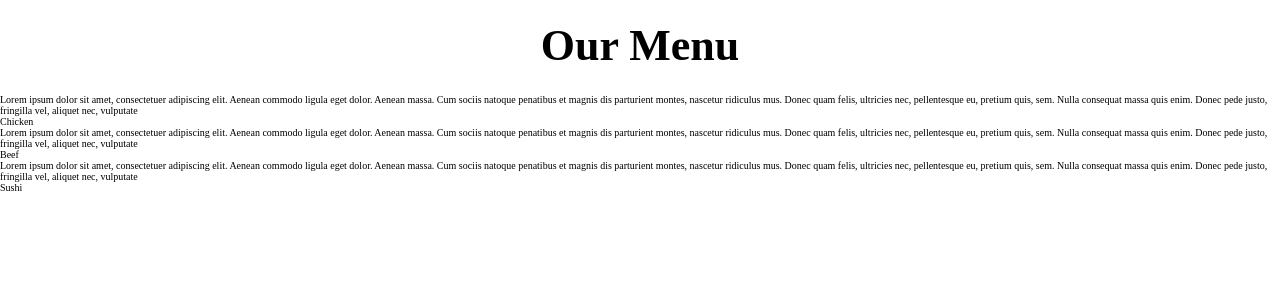
Repository: Normandy72/module2-solution
Page: index.html
The author's editor kept a copy of each file at every save. The page is drawn from the files as they stood at one save, then again after the next save.
The browser window is 1280 px wide. The pictures show the whole page.
Some web fonts or font styles are not loaded; a fallback is used.

Above is the page before, as saved 2022-12-05 14:50:07.

### index.html
<!DOCTYPE html>
<html lang="en">
<head>
    <meta charset="UTF-8">
    <meta http-equiv="X-UA-Compatible" content="IE=edge">
    <meta name="viewport" content="width=device-width, initial-scale=1.0">
    <title>Our menu</title>
    <link href="https://fonts.googleapis.com/css2?family=Comic+Neue:ital,wght@0,300;0,400;0,700;1,300;1,400;1,700&family=Roboto:ital,wght@0,100;0,300;0,400;0,500;0,700;0,900;1,100;1,300;1,400;1,500;1,700;1,900&display=swap" rel="stylesheet">
    <link rel="stylesheet" href="styles/style.css">
</head>
<body>
    <h1>Our Menu</h1>
    <div>
        <p>Lorem ipsum dolor sit amet, consectetuer adipiscing elit. Aenean commodo ligula eget dolor. Aenean massa. Cum sociis natoque penatibus et magnis dis parturient montes, nascetur ridiculus mus. Donec quam felis, ultricies nec, pellentesque eu, pretium quis, sem. Nulla consequat massa quis enim. Donec pede justo, fringilla vel, aliquet nec, vulputate</p>
        <div>Chicken</div>
    </div>
    <div>
        <p>Lorem ipsum dolor sit amet, consectetuer adipiscing elit. Aenean commodo ligula eget dolor. Aenean massa. Cum sociis natoque penatibus et magnis dis parturient montes, nascetur ridiculus mus. Donec quam felis, ultricies nec, pellentesque eu, pretium quis, sem. Nulla consequat massa quis enim. Donec pede justo, fringilla vel, aliquet nec, vulputate</p>
        <div>Beef</div>
    </div>
    <div>
        <p>Lorem ipsum dolor sit amet, consectetuer adipiscing elit. Aenean commodo ligula eget dolor. Aenean massa. Cum sociis natoque penatibus et magnis dis parturient montes, nascetur ridiculus mus. Donec quam felis, ultricies nec, pellentesque eu, pretium quis, sem. Nulla consequat massa quis enim. Donec pede justo, fringilla vel, aliquet nec, vulputate</p>
        <div>Sushi</div>
    </div>
</body>
</html>

### styles/style.css
*{
    font-family: 'Comic Neue', cursive;
    font-size: 10px;

    margin: 0;
    padding: 0;
    box-sizing: border-box;
}

h1{
    font-size: 4.4rem;
    text-align: center;

    padding-top: 20px;
    padding-bottom: 23px;
}

After the next save:
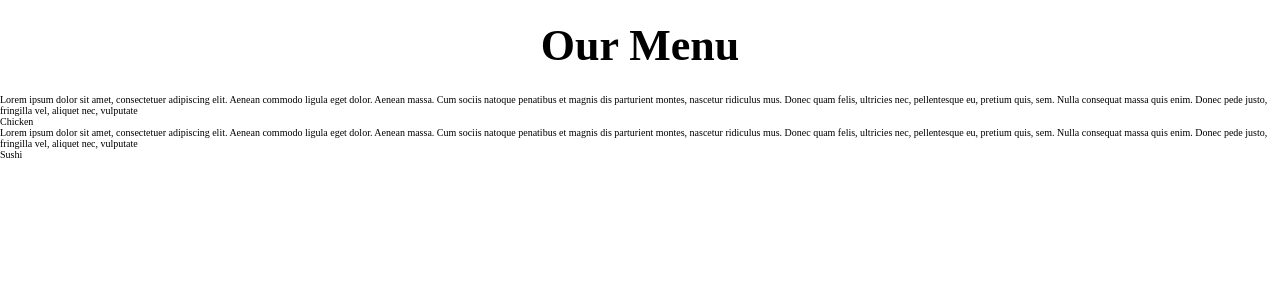
Saved 4 min 46 s later.
--- a/index.html
+++ b/index.html
@@ -10,17 +10,19 @@
 </head>
 <body>
     <h1>Our Menu</h1>
-    <div>
-        <p>Lorem ipsum dolor sit amet, consectetuer adipiscing elit. Aenean commodo ligula eget dolor. Aenean massa. Cum sociis natoque penatibus et magnis dis parturient montes, nascetur ridiculus mus. Donec quam felis, ultricies nec, pellentesque eu, pretium quis, sem. Nulla consequat massa quis enim. Donec pede justo, fringilla vel, aliquet nec, vulputate</p>
-        <div>Chicken</div>
-    </div>
-    <div>
-        <p>Lorem ipsum dolor sit amet, consectetuer adipiscing elit. Aenean commodo ligula eget dolor. Aenean massa. Cum sociis natoque penatibus et magnis dis parturient montes, nascetur ridiculus mus. Donec quam felis, ultricies nec, pellentesque eu, pretium quis, sem. Nulla consequat massa quis enim. Donec pede justo, fringilla vel, aliquet nec, vulputate</p>
-        <div>Beef</div>
-    </div>
-    <div>
-        <p>Lorem ipsum dolor sit amet, consectetuer adipiscing elit. Aenean commodo ligula eget dolor. Aenean massa. Cum sociis natoque penatibus et magnis dis parturient montes, nascetur ridiculus mus. Donec quam felis, ultricies nec, pellentesque eu, pretium quis, sem. Nulla consequat massa quis enim. Donec pede justo, fringilla vel, aliquet nec, vulputate</p>
-        <div>Sushi</div>
+    <div class="wrapper">
+        <div class="card">
+            <p>Lorem ipsum dolor sit amet, consectetuer adipiscing elit. Aenean commodo ligula eget dolor. Aenean massa. Cum sociis natoque penatibus et magnis dis parturient montes, nascetur ridiculus mus. Donec quam felis, ultricies nec, pellentesque eu, pretium quis, sem. Nulla consequat massa quis enim. Donec pede justo, fringilla vel, aliquet nec, vulputate</p>
+            <div>Chicken</div>
+        </div>
+        <div class="card>
+            <p>Lorem ipsum dolor sit amet, consectetuer adipiscing elit. Aenean commodo ligula eget dolor. Aenean massa. Cum sociis natoque penatibus et magnis dis parturient montes, nascetur ridiculus mus. Donec quam felis, ultricies nec, pellentesque eu, pretium quis, sem. Nulla consequat massa quis enim. Donec pede justo, fringilla vel, aliquet nec, vulputate</p>
+            <div>Beef</div>
+        </div>
+        <div class="card>
+            <p>Lorem ipsum dolor sit amet, consectetuer adipiscing elit. Aenean commodo ligula eget dolor. Aenean massa. Cum sociis natoque penatibus et magnis dis parturient montes, nascetur ridiculus mus. Donec quam felis, ultricies nec, pellentesque eu, pretium quis, sem. Nulla consequat massa quis enim. Donec pede justo, fringilla vel, aliquet nec, vulputate</p>
+            <div>Sushi</div>
+        </div>
     </div>
 </body>
 </html>

After the save that followed:
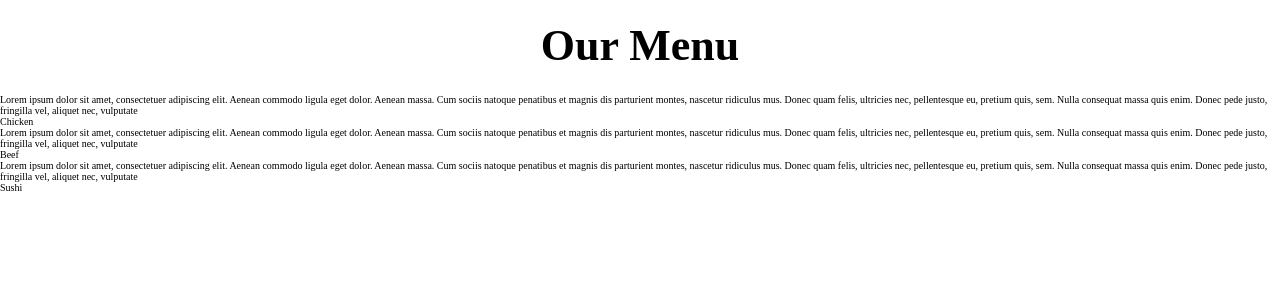
Saved 26 s later.
--- a/index.html
+++ b/index.html
@@ -15,11 +15,11 @@
             <p>Lorem ipsum dolor sit amet, consectetuer adipiscing elit. Aenean commodo ligula eget dolor. Aenean massa. Cum sociis natoque penatibus et magnis dis parturient montes, nascetur ridiculus mus. Donec quam felis, ultricies nec, pellentesque eu, pretium quis, sem. Nulla consequat massa quis enim. Donec pede justo, fringilla vel, aliquet nec, vulputate</p>
             <div>Chicken</div>
         </div>
-        <div class="card>
+        <div class="card">
             <p>Lorem ipsum dolor sit amet, consectetuer adipiscing elit. Aenean commodo ligula eget dolor. Aenean massa. Cum sociis natoque penatibus et magnis dis parturient montes, nascetur ridiculus mus. Donec quam felis, ultricies nec, pellentesque eu, pretium quis, sem. Nulla consequat massa quis enim. Donec pede justo, fringilla vel, aliquet nec, vulputate</p>
             <div>Beef</div>
         </div>
-        <div class="card>
+        <div class="card">
             <p>Lorem ipsum dolor sit amet, consectetuer adipiscing elit. Aenean commodo ligula eget dolor. Aenean massa. Cum sociis natoque penatibus et magnis dis parturient montes, nascetur ridiculus mus. Donec quam felis, ultricies nec, pellentesque eu, pretium quis, sem. Nulla consequat massa quis enim. Donec pede justo, fringilla vel, aliquet nec, vulputate</p>
             <div>Sushi</div>
         </div>
